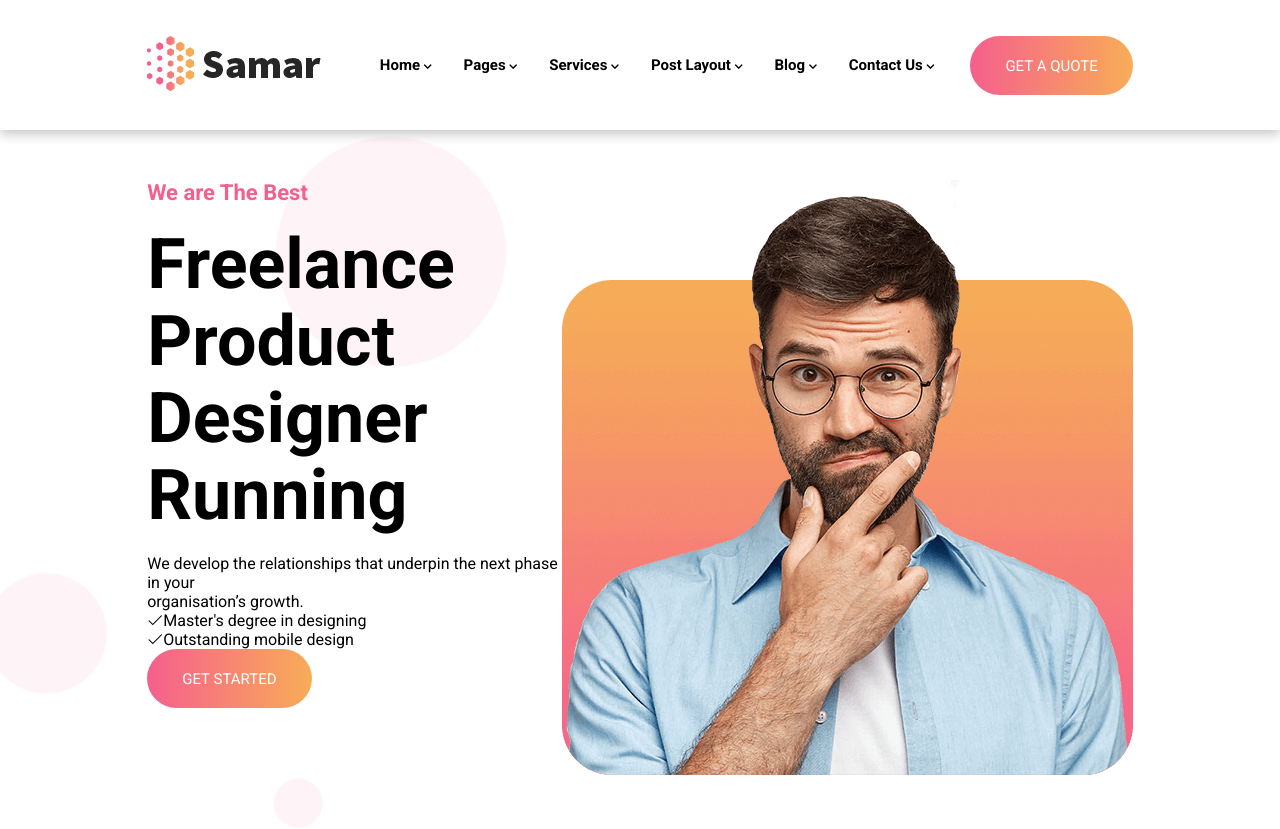
Repository: leequanganh/sammar
Page: html/index.html
The author's editor kept a copy of each file at every save. The page is drawn from the files as they stood at one save, then again after a run of saves.
The browser window is 1280 px wide. The pictures show the whole page.

Above is the page before, as saved 2021-12-09 14:46:04.

### html/index.html
<!DOCTYPE html>
<html lang="en">
<head>
    <meta charset="UTF-8">
    <meta http-equiv="X-UA-Compatible" content="IE=edge">
    <meta name="viewport" content="width=device-width, initial-scale=1.0">
    <link rel="preconnect" href="https://fonts.googleapis.com">
<link rel="preconnect" href="https://fonts.gstatic.com" crossorigin>
<link href="https://fonts.googleapis.com/css2?family=Roboto:ital,wght@0,100;0,300;0,400;0,700;1,500;1,700;1,900&display=swap" rel="stylesheet">
            <!-- /////////////////// -->
    <link rel="stylesheet" href="../css/flaticon.css">
    <link rel="stylesheet" href="https://cdnjs.cloudflare.com/ajax/libs/line-awesome/1.3.0/line-awesome/css/line-awesome.min.css" integrity="sha512-vebUliqxrVkBy3gucMhClmyQP9On/HAWQdKDXRaAlb/FKuTbxkjPKUyqVOxAcGwFDka79eTF+YXwfke1h3/wfg==" crossorigin="anonymous" referrerpolicy="no-referrer" />
    <link rel="stylesheet" href="https://cdnjs.cloudflare.com/ajax/libs/font-awesome/5.15.4/css/all.min.css" integrity="sha512-1ycn6IcaQQ40/MKBW2W4Rhis/DbILU74C1vSrLJxCq57o941Ym01SwNsOMqvEBFlcgUa6xLiPY/NS5R+E6ztJQ==" crossorigin="anonymous" referrerpolicy="no-referrer" />
                 <!-- ////////////////////// -->
    <link rel="stylesheet" href="../css/index.css">
    <title>Document</title>
</head>
<body>
<!-- header start  -->
    <div class="header" id="navbar">

        <div class="header__contain">
            <div class="header_logo" id="logo">
                <img src="../img/logo-2.png" alt="">
            </div>
            <div class="header_nav">
                <ul>
                    <li> <a href=""> <span>Home</span>
                        <i class="fas fa-chevron-down"></i></a> </li>
                    <li> <a href=""><span>Pages</span>
                        <i class="fas fa-chevron-down"></i></a></li>
                    <li><a href=""> <span>Services</span>
                        <i class="fas fa-chevron-down"></i></a></li>
                    <li><a href=""> <span>Post Layout</span>
                        <i class="fas fa-chevron-down"></i></a></li>
                    <li><a href=""><span>Blog</span>
                        <i class="fas fa-chevron-down"></i></a></li>
                    <li><a href=""><span>Contact Us</span>
                        <i class="fas fa-chevron-down"></i></a></li>
                </ul>
                <div class="btn">
                    <a href="">GET A QUOTE</a>
                </div>
            </div>
        </div>
    </div>
<!-- header end  -->
<!-- banner start  -->
    <div class="banner">
        <div class="banner__contain">
            <div class="banner_text">
                <p>We are The Best</p>
                <h1>Freelance Product <br> Designer Running</h1>
                <p>We develop the relationships that underpin the next phase in your <br>
                    organisation’s growth.</p>
                <span><i class="las la-check"></i>Master's degree in designing</span>
                <span><i class="las la-check"></i>Outstanding mobile design</span>

                <!-- <ul>
                    <li>Master's degree in designing</li>
                    <li>Outstanding mobile design</li>

                </ul> -->
                <div class="btn"><a href="">GET STARTED</a></div>

            </div>
            <div class="banner_img">
                <img src="../img/pic3_1.png" alt="">
            </div>
        </div>
    </div>
<!-- banner end  -->
    <script src="https://code.jquery.com/jquery-3.6.0.min.js" integrity="sha256-/xUj+3OJU5yExlq6GSYGSHk7tPXikynS7ogEvDej/m4=" crossorigin="anonymous"></script>
    <script>
        $(document).ready(function(){
            $(window).scroll(function(){
                if($(this).scrollTop()){
                    $('header').addClass('sticky');
                }else{
                    $('header').removeClass('sticky');
                }
            })
        });
    </script>
</body>
</html>

### css/index.css
*{
padding: 0;
margin: 0;
border: 0;
box-sizing: border-box;
font-family: 'Roboto', sans-serif;
}
body{
    /* height: 9000px;
    background-color: antiquewhite; */
}
/* header-start  */
.header{
    display: flex;
    justify-content: center;
    position: fixed;
        width: 100%;
        top: 0;
    z-index: 1;
    box-shadow: 0px 5px 10px rgba(0, 0, 0,0.2);
    overflow: hidden;
    transition: 0.5s;
    background: rgba(0,0,0,0);
}
.header__contain{
    width: 77%;
    display: flex;
    justify-content: space-between;
    align-items: center;
}
.header_nav {
    width: 80%;
    display: flex;
    justify-content: flex-end;
    align-items: center;
}
ul{
    display: flex;
}
.header_nav ul li{
    transition: 0.3s;
    padding: 55px 16px ;
    list-style: none;
}
.header_nav li a {
    font-size: 15px;
    list-style: none;
    text-decoration: none;
    color: black;
    font-weight: 600;
}
.header_nav li a span{
    line-height: 20px;
}
.header_nav li:hover{
    cursor: pointer;
}
.header_nav li a {
    display: inline-block;
}
span{
    display: inline-block;
}
.header_nav li:hover a span  {
   animation-name: upToDown;
   animation-duration: 0.5s;
   color: #f55f8d;
   cursor: pointer;
}
.header_nav li:hover a i{
   color: #f55f8d;
}
.header_nav li a i{
    font-size: 9px;
}
.header .btn{
    margin-left: 20px;
}
.btn {
    padding: 20px 35px;
    border-radius: 30px;
    border-width: 1px;
    background-image: linear-gradient(to right,#f55f8d 0,#f8ae56 51%,#f55f8d 100%);
    background-position: left bottom;
    background-size: 200%;
    transition: 0.5s;
}
.btn a{
    color: white;
    line-height: 18px;
    font-size: 15px;
    font-weight: 500;
    text-decoration: none;

}
.btn:hover {
    background-position: right center;
}
/* header-end  */
/* banner start  */
.banner {
    background-image: url(../img/pic2.png);
    background-size: cover;
    background-repeat: no-repeat;
    /* background-position: center; */
    padding-top: 130px;
    display: flex;
    flex-direction: row;
    justify-content: center;
}
.banner__contain{
    display: flex;
    /* overflow: visible; */
    padding: 50px 0;
    justify-content: space-between;
    width: 77%;
}
.banner_text{
    display: flex;
    flex-direction: column;
    align-items:flex-start;
}
.banner_text p:first-child{
    /* width: 60%; */
    color: #f55f8d;
    font-size: 22px;
    font-weight: 600;
    line-height: 26px;
    margin-bottom: 20px;
}
.banner_text h1{
    font-size: 70px;
    font-weight: 800;
    line-height: 77px;
    margin-bottom: 20px;

}
.banner_text p:last-child{
    color: #636363;
    font-size: 18px;
    line-height: 28px;
    margin-bottom: 20px;
}
.banner_text span i{
    display: inline-block;

}

.banner_img{
    /* width: 40%; */
}

.banner_img{
    /* position: relative; */
}

/* banner end  */
/* animate  */
@keyframes upToDown {
    49% {
      transform: translateY(100%);
    }
    50% {
      opacity: 0;
      transform: translateY(-100%);
    }
    51% {
      opacity: 1;
    }
  }
/* animate  */

Loaded but not shown: css/flaticon.css (common file)

After the next 4 saves:
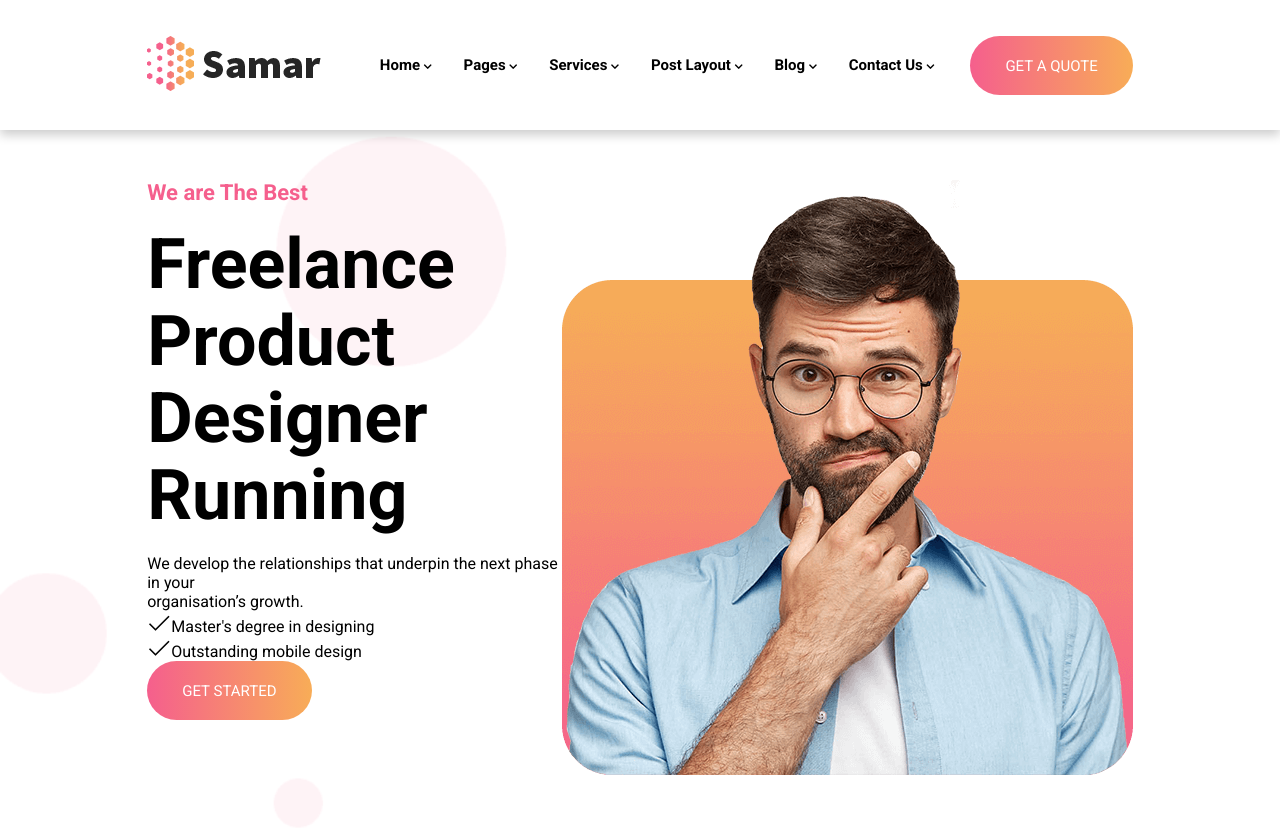
The 4 saves are shown as one change because they came seconds apart.
The last was saved 11 s later.
--- a/css/index.css
+++ b/css/index.css
@@ -142,7 +142,7 @@ span{
     margin-bottom: 20px;
 }
 .banner_text span i{
-    display: inline-block;
+    font-size: 24px;
 
 }
 
